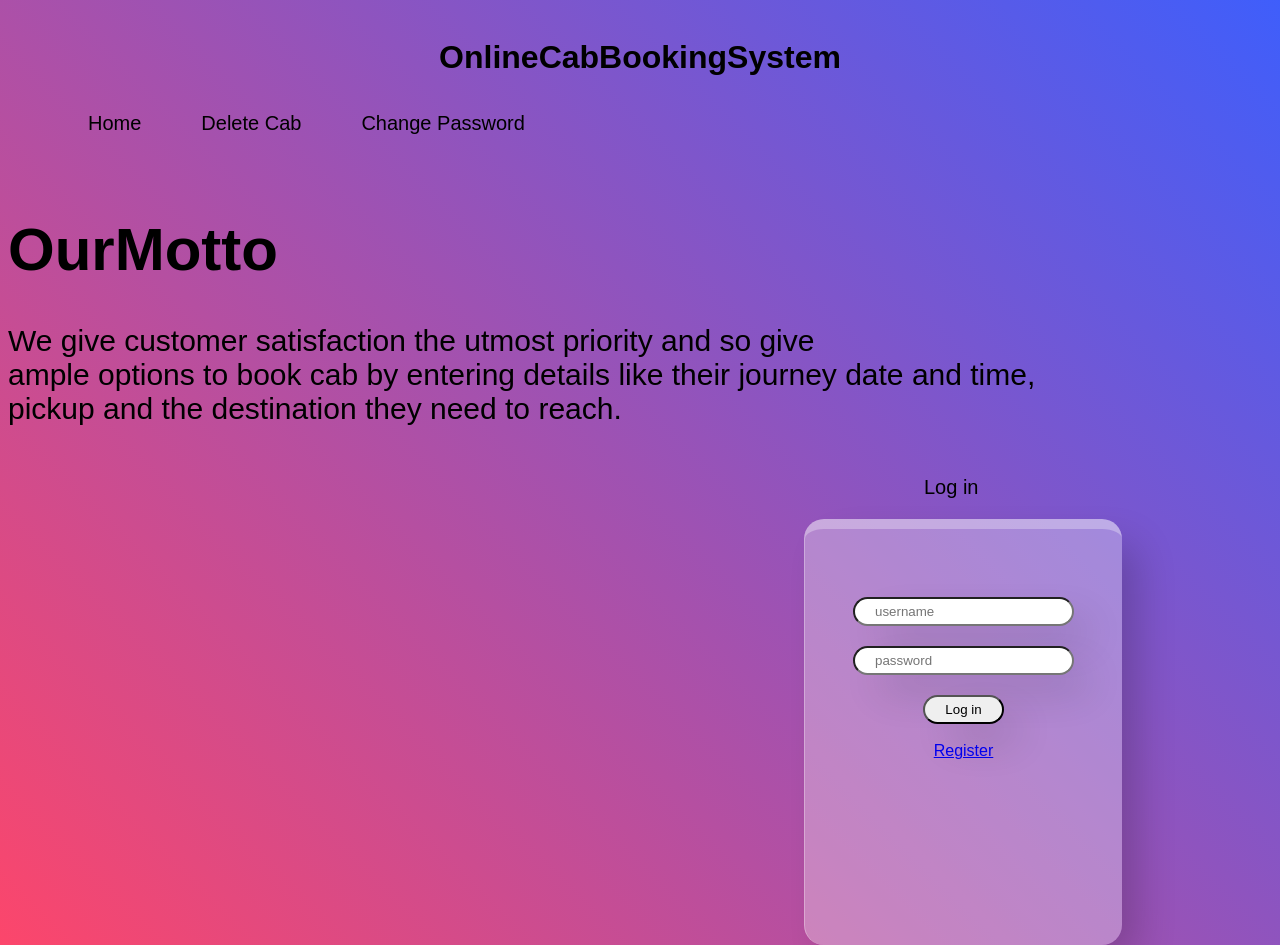
Repository: venkateshpillala/OnlineCabBookingSystem
Page: BookCab/src/main/webapp/changePassword.html
The author's editor kept a copy of each file at every save. The page is drawn from the files as they stood at one save, then again after the next save.
The browser window is 1280 px wide. The pictures show the whole page.

Above is the page before, as saved 2024-06-07 17:04:38.

After the next save:
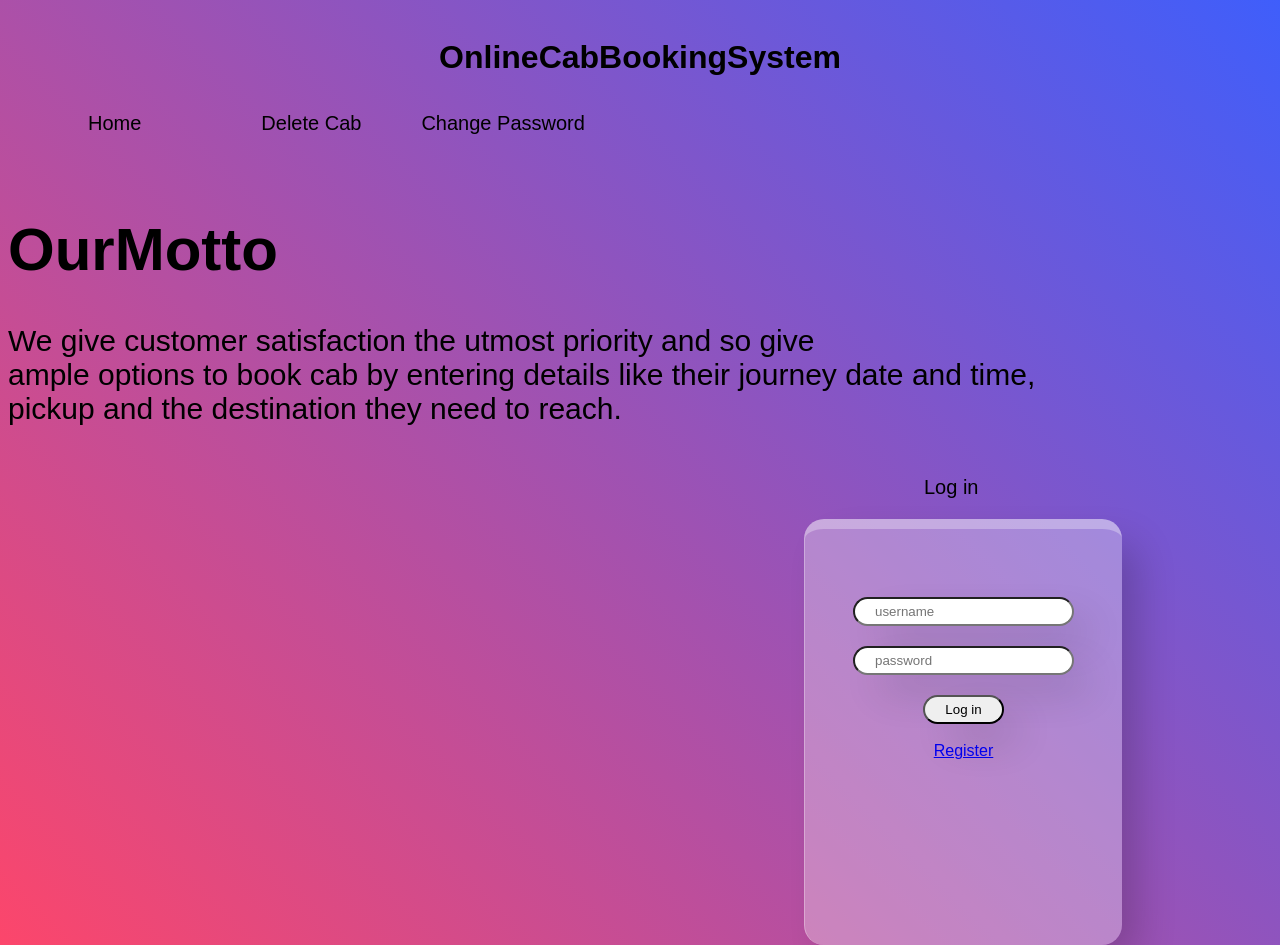
Saved 26 s later.
--- a/BookCab/src/main/webapp/changePassword.html
+++ b/BookCab/src/main/webapp/changePassword.html
@@ -90,6 +90,7 @@
 	<h1 >OnlineCabBookingSystem</h1>
 	<ul>
 		<li><a href = "./Home.html">Home</a></li>
+		<li><a href = "./allbookings"></a></li>
 		<li><a href = "./deleteCab.html">Delete Cab</a></li>
 		<li><a href = "./changePassword.html">Change Password</a></li>
 
